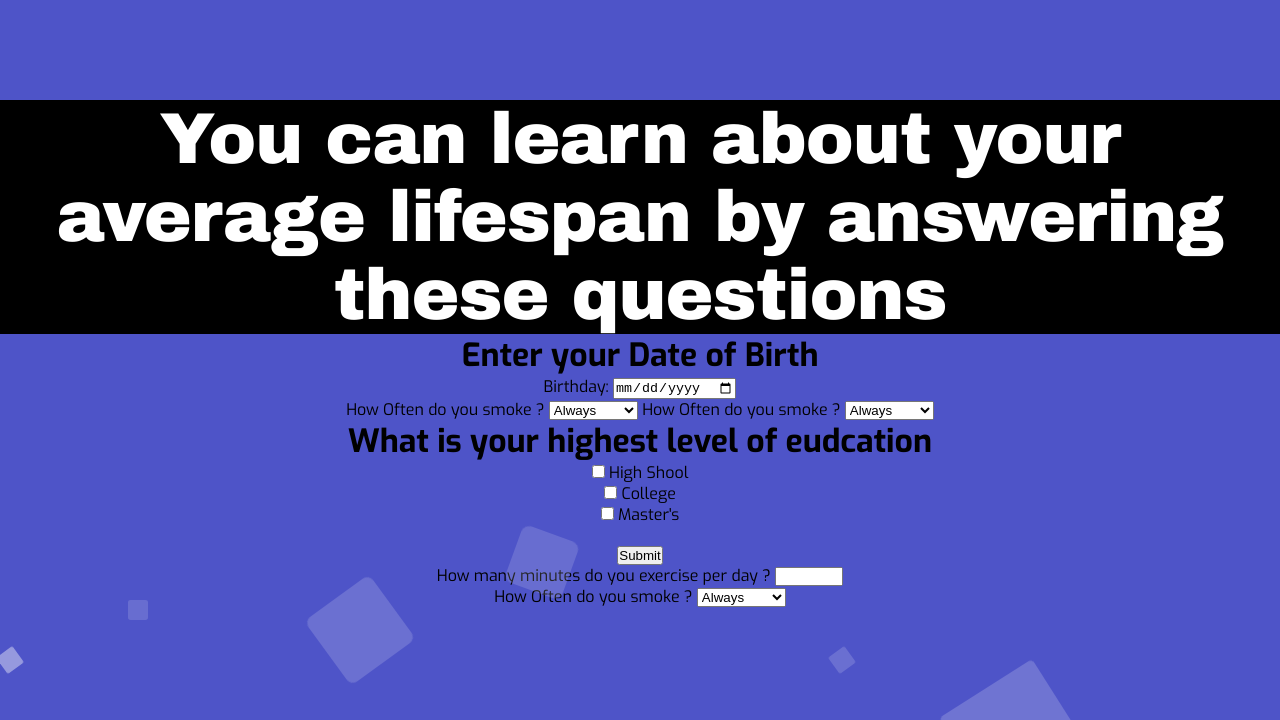
Repository: navid-amini12/capstone-1
Page: wordgame.html
These files come from the project's save history. The page is drawn as it stood at one moment and after the next save; the edit follows.
The browser window is 1280 px wide. The pictures show the whole page.

Above is the page before, as saved 2022-05-25 20:20:49.

After the next save:
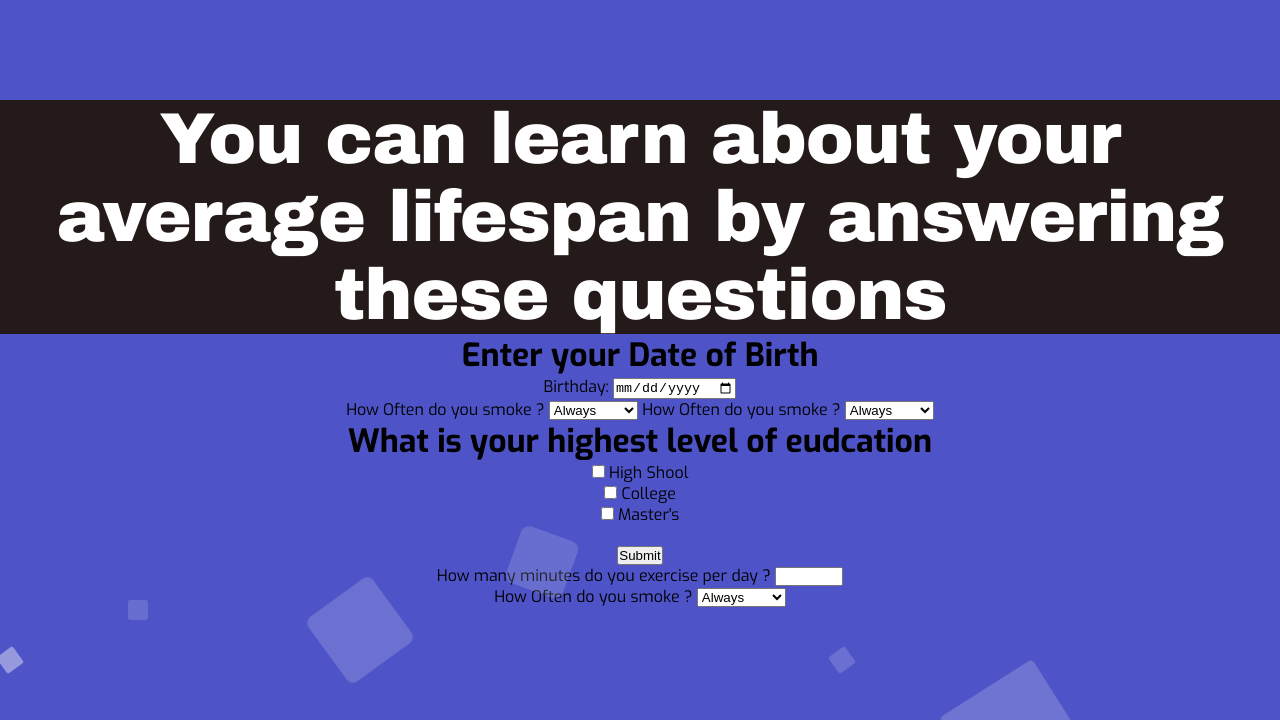
Saved 5 s later.
--- a/Life.css
+++ b/Life.css
@@ -156,6 +156,6 @@ h2{
     font-family: "Arial Black", sans-serif;
     font-size: 4.5em;
     letter-spacing: -1px;
-    background-color: black;
+    background-color: rgb(37, 26, 26);
     color: white;
    }
